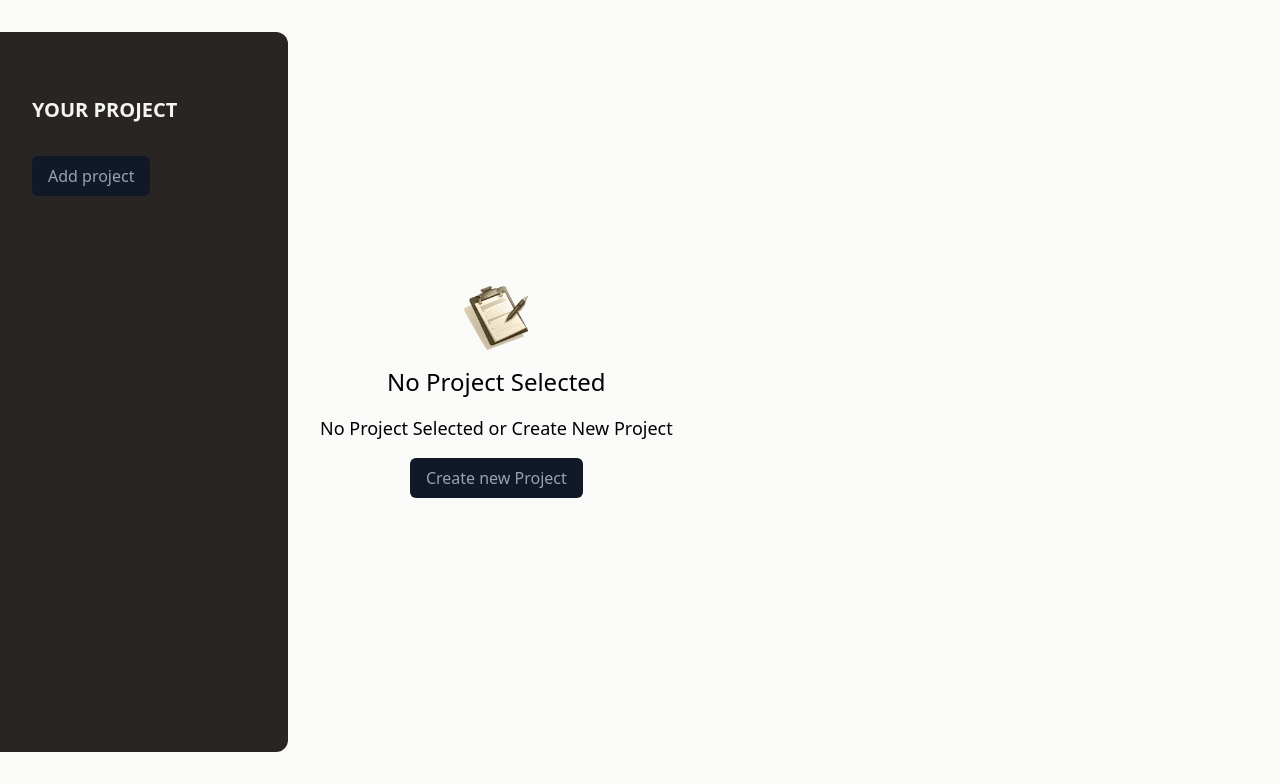
Repository: sibi24sibi/todo-list-using-reactjs
Page: /
These files come from the project's save history. The page is drawn as it stood at one moment and after the next save; the edit follows.
The browser window is 1280 px wide. The pictures show the whole page.
The project was rebuilt for these pictures with package versions that can differ from the ones it lists, and the page was loaded fresh each time. Also part of the build but not shown: vite.config.js, src/Components/Input.jsx, src/Components/NewProjects.jsx.

Above is the page before, as saved 2024-06-24 14:56:43.

After the next save:
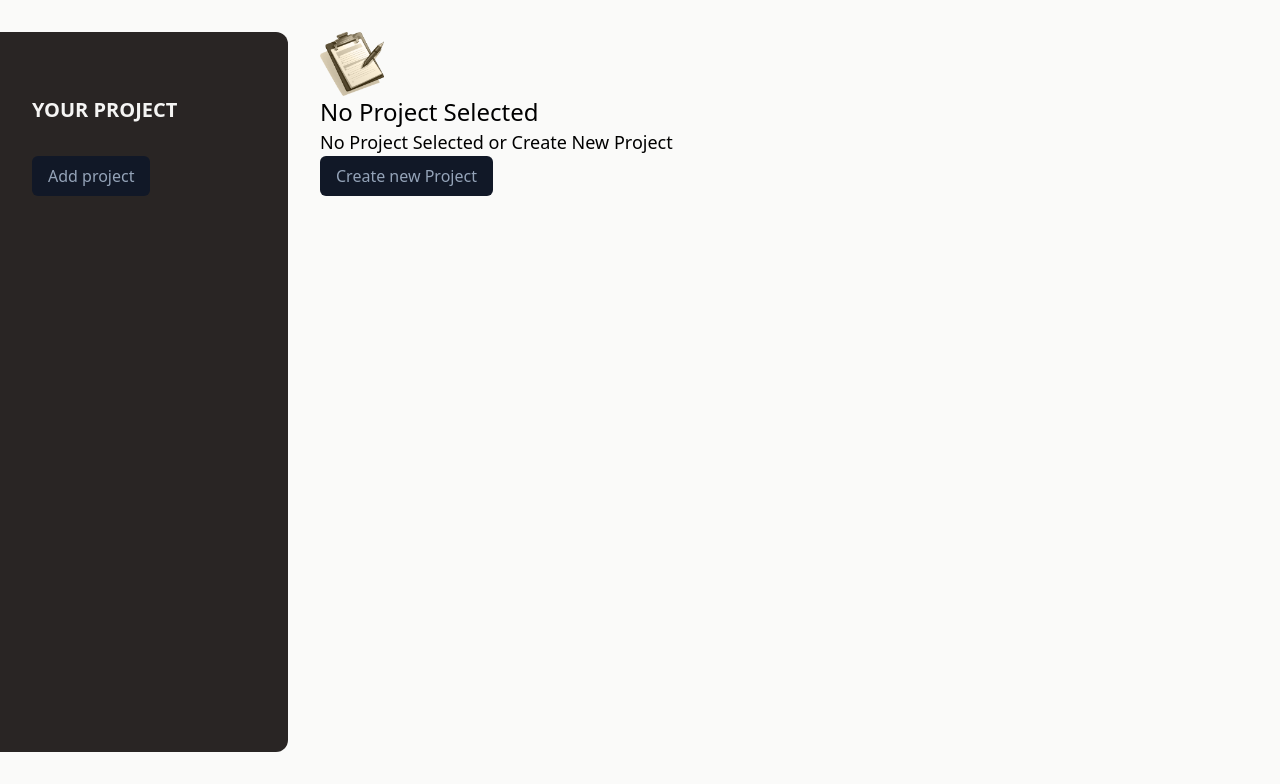
Saved 44 s later.
--- a/src/Components/NoProjects.jsx
+++ b/src/Components/NoProjects.jsx
@@ -3,7 +3,7 @@ import Button from "./Button";
 
 export default function Noprojects() {
   return (
-    <div className="flex flex-col gap-4 justify-center items-center ">
+    <div className="W-2/3 ">
       <img src={noProjects} alt="No Projects" className="w-16 h-16" />
       <h2 className="text-2xl ">No Project Selected</h2>
       <p className=" text-lg">No Project Selected or Create New Project</p>
